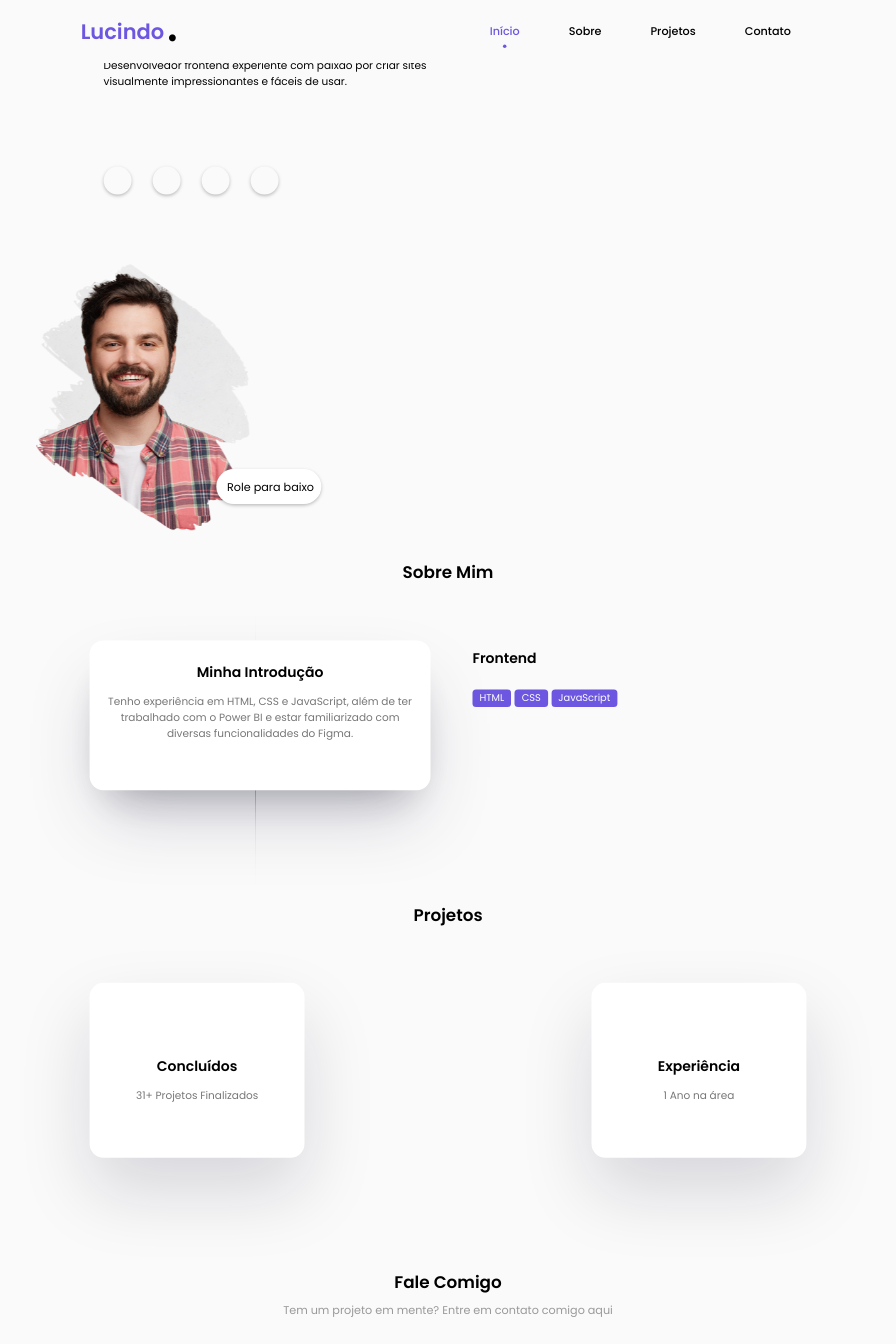
Repository: Matheus904-12/PrePortf
Page: index.html
These files come from the project's save history. The page is drawn as it stood at one moment and after the next save; the edit follows.
The browser window is 1280 px wide. The pictures show the part of the page from y = 0 to 1920 px (the page is 2683 px tall), at 70% of full size.
Some icons come from a web library that is not loaded, so they are not drawn.

Above is the page before, as saved 2023-09-29 12:07:51.

### index.html
<!DOCTYPE html>
<html lang="pt-br">

<head>
    <meta charset="UTF-8">
    <meta name="viewport" content="width=device-width, initial-scale=1.0">

    <!-- UNICONS -->
    <link rel="stylesheet" href="https://unicons.iconscout.com/release/v4.0.8/css/line.css">
    <!-- CSS -->
    <link rel="stylesheet" href="style.css">
    <!-- Adicionar favicon -->
    <link rel="shortcut icon" href="assets/images/favicon.png" type="image/x-icon">

    <title>Portfólio | Codingdev</title>
</head>

<body>
    <div class="container">
        <!-- --------------- CABEÇALHO --------------- -->
        <nav id="header">
            <div class="nav-logo">
                <p class="nav-name">Lucindo</p>
                <span>.</span>
            </div>
            <div class="nav-menu" id="myNavMenu">
                <ul class="nav_menu_list">
                    <li class="nav_list">
                        <a href="#home" class="nav-link active-link">Início</a>
                        <div class="circle"></div>
                    </li>
                    <li class="nav_list">
                        <a href="#about" class="nav-link">Sobre</a>
                        <div class="circle"></div>
                    </li>
                    <li class="nav_list">
                        <a href="#projects" class="nav-link">Projetos</a>
                        <div class="circle"></div>
                    </li>
                    <li class="nav_list">
                        <a href="#contact" class="nav-link">Contato</a>
                        <div class="circle"></div>
                    </li>
                </ul>
            </div>
            <div class="nav-menu-btn">
                <i class="uil uil-bars" onclick="myMenuFunction()"></i>
            </div>
        </nav>


        <!-- -------------- PRINCIPAL ---------------- -->
        <main class="wrapper">
            <!-- -------------- DESTAQUE ---------------- -->
            <section class="featured-box" id="home">
                <div class="featured-text">
                    <div class="featured-text-card">
                        <span>Matheus Lucindo</span>
                    </div>
                    <div class="featured-name">
                        <p>Eu sou <span class="typedText"></span></p>
                    </div>
                    <div class="featured-text-info">
                        <p>Desenvolvedor frontend experiente com paixão por criar sites visualmente
                            impressionantes e fáceis de usar.
                        </p>
                    </div>

                    <div class="social_icons">
                        <a href="https://www.instagram.com/matheus_lucindo/" target="_blank" class="icon"><i class="uil uil-instagram"></i></a>
                        <a href="https://www.linkedin.com/in/matheus-lucindo-b35b68190/" target="_blank" class="icon"><i class="uil uil-linkedin-alt"></i></a>
                        <a href="https://www.figma.com/@myprojets" target="_blank" class="icon"><i class="uil uil-figma"></i></a>
                        <a href="https://github.com/Matheus904-12" target="_blank" class="icon"><i class="uil uil-github-alt"></i></a>
                    </div>

                <div class="featured-image">
                    <div class="image">
                        <img src="profile.png" alt="avatar">
                    </div>
                </div>
                <div class="scroll-icon-box">
                    <a href="#about" class="scroll-btn">
                        <i class="uil uil-mouse-alt"></i>
                        <p>Role para baixo</p>
                    </a>
                </div>

            </section>
            <!-- -------------- SOBRE ---------------- -->
            <section class="section" id="about">
                <div class="top-header">
                    <h1>Sobre Mim</h1>
                </div>
                <div class="row">
                    <div class="col">
                        <div class="about-info">
                            <h3>Minha Introdução</h3>
                            <p><p>Tenho experiência em HTML, CSS e JavaScript, além de ter trabalhado com o Power BI e estar familiarizado com diversas funcionalidades do Figma.</p>

                            </p>
                        </div>
                    </div>
                    <div class="col">
                        <div class="skills-box">
                            <div class="skills-header">
                                <h3>Frontend</h3>
                            </div>
                            <div class="skills-list">
                                <span>HTML</span>
                                <span>CSS</span>
                                <span>JavaScript</span>
                            </div>
                        </div>
            </section>

            <!-- -------------- PROJETOS ---------------- -->

            <section class="section" id="projects">
                <div class="top-header">
                    <h1>Projetos</h1>
                </div>
                <div class="project-container">
                    <div class="project-box">
                        <i class="uil uil-briefcase-alt"></i>
                        <h3>Concluídos</h3>
                        <label>31+ Projetos Finalizados</label>
                    </div>
                    <div class="project-box">
                        <i class="uil uil-award"></i>
                        <h3>Experiência</h3>
                        <label>1 Ano na área</label>
                    </div>
                </div>
            </section>

            <!-- -------------- CONTATO ---------------- -->

            <section class="section" id="contact">
                <div class="top-header">
                    <h1>Fale Comigo</h1>
                    <span>Tem um projeto em mente? Entre em contato comigo aqui</span>
                </div>
                <div class="row">
                    <div class="col">
                        <div class="contact-info">
                            <h2>Me Encontre <i class="uil uil-corner-right-down"></i></h2>
                            <p><i class="uil uil-envelope"></i> Email: matheuslucindo904@gmail.com</p>
                            <p><i class="uil uil-phone"></i> +55 11 97166-6817</p>
                        </div>
            </section>

        </main>


        <!-- --------------- RODAPÉ --------------- -->
        <footer>
            <div class="top-footer">
                <p>Matheus Lucindo .</p>
            </div>
            <div class="middle-footer">
                <ul class="footer-menu">
                    <li class="footer_menu_list">
                        <a href="#home">Início</a>
                    </li>
                    <li class="footer_menu_list">
                        <a href="#about">Sobre</a>
                    </li>
                    <li class="footer_menu_list">
                        <a href="#projects">Projetos</a>
                    </li>
                    <li class="footer_menu_list">
                        <a href="#contact">Contato</a>
                    </li>
                </ul>
            </div>
            <div class="footer-social-icons">
                <div class="icon"><a href="https://www.instagram.com/matheus_lucindo/" target="_blank"><i class="uil uil-instagram"></i></a></div>
                <div class="icon"><a href="https://www.linkedin.com/in/matheus-lucindo-b35b68190/" target="_blank"><i class="uil uil-linkedin-alt"></i></a></div>
                <div class="icon"><a href="https://www.figma.com/@myprojets" target="_blank"><i class="uil uil-figma"></i></a></div>
                <div class="icon"><a href="https://github.com/Matheus904-12" target="_blank"><i class="uil uil-github-alt"></i></a></div>
            </div>
            <div class="bottom-footer">
                <p>Direitos Autorais &copy; <a href="#home" style="text-decoration: none;">Matheus Lucindo</a> - Todos os direitos
                    reservados
                </p>
            </div>
        </footer>

    </div>

    <!-- ----- TYPING JS Link ----- -->
    <script src="https://unpkg.com/typed.js@2.0.16/dist/typed.umd.js"></script>

    <!-- ----- SCROLL REVEAL JS Link----- -->
    <script src="https://unpkg.com/scrollreveal"></script>

    <!-- ----- MAIN JS ----- -->
    <script src="script.js"></script>
</body>

</html>

### script.js
/* ----- NAVIGATION BAR FUNCTION ----- */
function myMenuFunction(){
    let menuBtn = document.getElementById("myNavMenu");

    if(menuBtn.className === "nav-menu"){
      menuBtn.className += " responsive";
    } else {
      menuBtn.className = "nav-menu";
    }
  }

/* ----- ADD SHADOW ON NAVIGATION BAR WHILE SCROLLING ----- */
  window.onscroll = function() {headerShadow()};

  function headerShadow() {
    const navHeader =document.getElementById("header");

    if (document.body.scrollTop > 50 || document.documentElement.scrollTop >  50) {

      navHeader.style.boxShadow = "0 1px 6px rgba(0, 0, 0, 0.1)";
      navHeader.style.height = "70px";
      navHeader.style.lineHeight = "70px";

    } else {

      navHeader.style.boxShadow = "none";
      navHeader.style.height = "90px";
      navHeader.style.lineHeight = "90px";

    }
  }


/* ----- TYPING EFFECT ----- */
 let typingEffect = new Typed(".typedText",{
    strings : ["Designer", "Desenvolvedor"],
    loop : true,
    typeSpeed : 100,
    backSpeed : 80,
    backDelay : 2000
 })


/* ----- ## -- SCROLL REVEAL ANIMATION -- ## ----- */
 const sr = ScrollReveal({
        origin: 'top',
        distance: '80px',
        duration: 2000,
        reset: true
 })

/* -- HOME -- */
sr.reveal('.featured-text-card',{})
sr.reveal('.featured-name',{delay: 100})
sr.reveal('.featured-text-info',{delay: 200})
sr.reveal('.featured-text-btn',{delay: 200})
sr.reveal('.social_icons',{delay: 200})
sr.reveal('.featured-image',{delay: 300})


/* -- PROJECT BOX -- */
sr.reveal('.project-box',{interval: 200})

/* -- HEADINGS -- */
sr.reveal('.top-header',{})

/* ----- ## -- SCROLL REVEAL LEFT_RIGHT ANIMATION -- ## ----- */

/* -- ABOUT INFO & CONTACT INFO -- */
const srLeft = ScrollReveal({
  origin: 'left',
  distance: '80px',
  duration: 2000,
  reset: true
})

srLeft.reveal('.about-info',{delay: 100})
srLeft.reveal('.contact-info',{delay: 100})

/* -- ABOUT SKILLS & FORM BOX -- */
const srRight = ScrollReveal({
  origin: 'right',
  distance: '80px',
  duration: 2000,
  reset: true
})

srRight.reveal('.skills-box',{delay: 100})
srRight.reveal('.form-control',{delay: 100})



/* ----- CHANGE ACTIVE LINK ----- */

const sections = document.querySelectorAll('section[id]')

function scrollActive() {
  const scrollY = window.scrollY;

  sections.forEach(current =>{
    const sectionHeight = current.offsetHeight,
        sectionTop = current.offsetTop - 50,
      sectionId = current.getAttribute('id')

    if(scrollY > sectionTop && scrollY <= sectionTop + sectionHeight) {

        document.querySelector('.nav-menu a[href*=' + sectionId + ']').classList.add('active-link')

    }  else {

      document.querySelector('.nav-menu a[href*=' + sectionId + ']').classList.remove('active-link')

    }
  })
}

window.addEventListener('scroll', scrollActive)

Loaded but not shown: style.css (636 lines, source omitted)

After the next save:
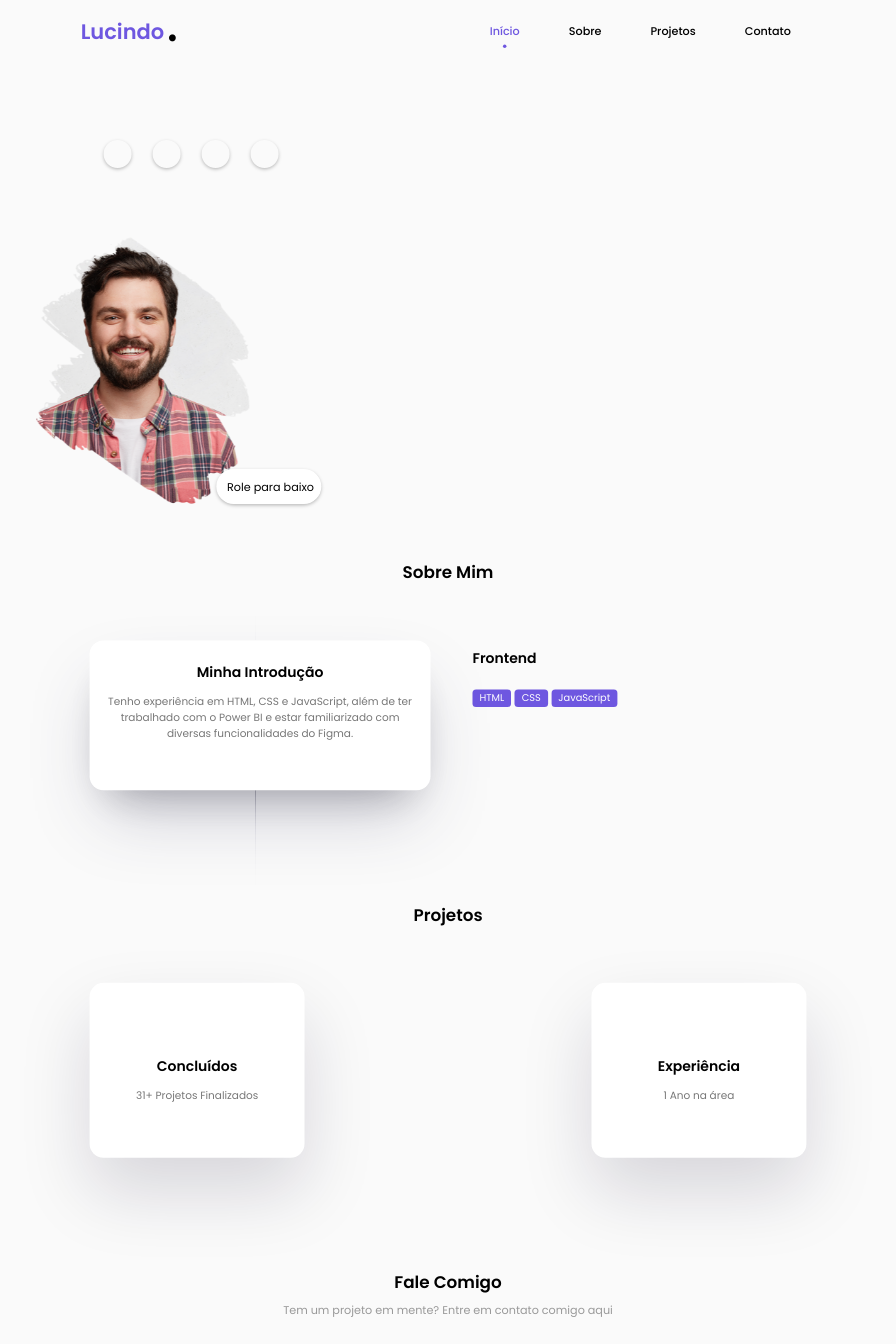
Saved 76 s later.
--- a/script.js
+++ b/script.js
@@ -1,53 +1,53 @@
 /* ----- NAVIGATION BAR FUNCTION ----- */
 function myMenuFunction(){
-    let menuBtn = document.getElementById("myNavMenu");
+  let menuBtn = document.getElementById("myNavMenu");
 
-    if(menuBtn.className === "nav-menu"){
-      menuBtn.className += " responsive";
-    } else {
-      menuBtn.className = "nav-menu";
-    }
+  if(menuBtn.className === "nav-menu"){
+    menuBtn.className += " responsive";
+  } else {
+    menuBtn.className = "nav-menu";
   }
+}
 
 /* ----- ADD SHADOW ON NAVIGATION BAR WHILE SCROLLING ----- */
-  window.onscroll = function() {headerShadow()};
+window.onscroll = function() {headerShadow()};
 
-  function headerShadow() {
-    const navHeader =document.getElementById("header");
+function headerShadow() {
+  const navHeader =document.getElementById("header");
 
-    if (document.body.scrollTop > 50 || document.documentElement.scrollTop >  50) {
+  if (document.body.scrollTop > 50 || document.documentElement.scrollTop >  50) {
 
-      navHeader.style.boxShadow = "0 1px 6px rgba(0, 0, 0, 0.1)";
-      navHeader.style.height = "70px";
-      navHeader.style.lineHeight = "70px";
+    navHeader.style.boxShadow = "0 1px 6px rgba(0, 0, 0, 0.1)";
+    navHeader.style.height = "70px";
+    navHeader.style.lineHeight = "70px";
 
-    } else {
+  } else {
 
-      navHeader.style.boxShadow = "none";
-      navHeader.style.height = "90px";
-      navHeader.style.lineHeight = "90px";
+    navHeader.style.boxShadow = "none";
+    navHeader.style.height = "90px";
+    navHeader.style.lineHeight = "90px";
 
-    }
   }
+}
 
 
 /* ----- TYPING EFFECT ----- */
- let typingEffect = new Typed(".typedText",{
-    strings : ["Designer", "Desenvolvedor"],
-    loop : true,
-    typeSpeed : 100,
-    backSpeed : 80,
-    backDelay : 2000
- })
+let typingEffect = new Typed(".typedText",{
+  strings : ["Designer","Youtuber","Developer"],
+  loop : true,
+  typeSpeed : 100,
+  backSpeed : 80,
+  backDelay : 2000
+})
 
 
 /* ----- ## -- SCROLL REVEAL ANIMATION -- ## ----- */
- const sr = ScrollReveal({
-        origin: 'top',
-        distance: '80px',
-        duration: 2000,
-        reset: true
- })
+const sr = ScrollReveal({
+      origin: 'top',
+      distance: '80px',
+      duration: 2000,
+      reset: true
+})
 
 /* -- HOME -- */
 sr.reveal('.featured-text-card',{})
@@ -68,10 +68,10 @@ sr.reveal('.top-header',{})
 
 /* -- ABOUT INFO & CONTACT INFO -- */
 const srLeft = ScrollReveal({
-  origin: 'left',
-  distance: '80px',
-  duration: 2000,
-  reset: true
+origin: 'left',
+distance: '80px',
+duration: 2000,
+reset: true
 })
 
 srLeft.reveal('.about-info',{delay: 100})
@@ -79,10 +79,10 @@ srLeft.reveal('.contact-info',{delay: 100})
 
 /* -- ABOUT SKILLS & FORM BOX -- */
 const srRight = ScrollReveal({
-  origin: 'right',
-  distance: '80px',
-  duration: 2000,
-  reset: true
+origin: 'right',
+distance: '80px',
+duration: 2000,
+reset: true
 })
 
 srRight.reveal('.skills-box',{delay: 100})
@@ -95,23 +95,23 @@ srRight.reveal('.form-control',{delay: 100})
 const sections = document.querySelectorAll('section[id]')
 
 function scrollActive() {
-  const scrollY = window.scrollY;
+const scrollY = window.scrollY;
 
-  sections.forEach(current =>{
-    const sectionHeight = current.offsetHeight,
-        sectionTop = current.offsetTop - 50,
-      sectionId = current.getAttribute('id')
+sections.forEach(current =>{
+  const sectionHeight = current.offsetHeight,
+      sectionTop = current.offsetTop - 50,
+    sectionId = current.getAttribute('id')
 
-    if(scrollY > sectionTop && scrollY <= sectionTop + sectionHeight) {
+  if(scrollY > sectionTop && scrollY <= sectionTop + sectionHeight) {
 
-        document.querySelector('.nav-menu a[href*=' + sectionId + ']').classList.add('active-link')
+      document.querySelector('.nav-menu a[href*=' + sectionId + ']').classList.add('active-link')
 
-    }  else {
+  }  else {
 
-      document.querySelector('.nav-menu a[href*=' + sectionId + ']').classList.remove('active-link')
+    document.querySelector('.nav-menu a[href*=' + sectionId + ']').classList.remove('active-link')
 
-    }
-  })
+  }
+})
 }
 
 window.addEventListener('scroll', scrollActive)
